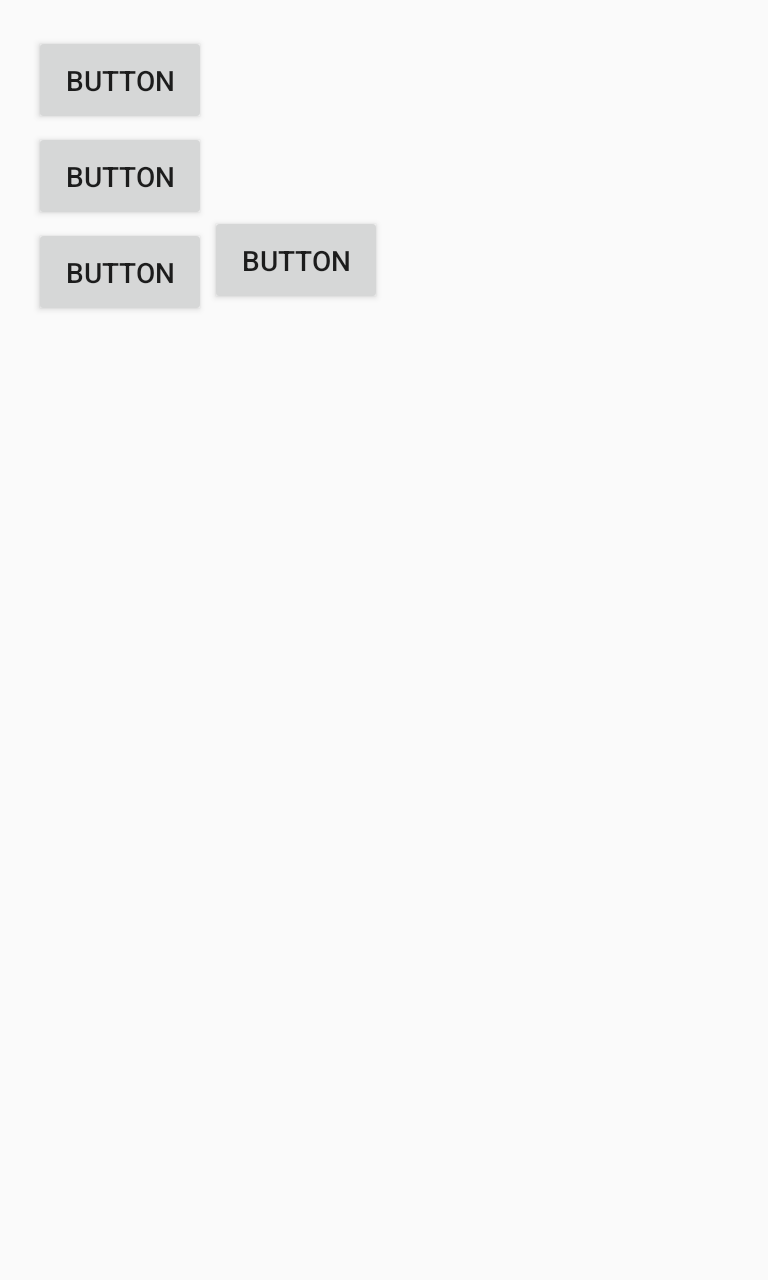
Repository: HarithaAmmuHari/Project
Layout: Relative/res/layout/activity_main.xml
An editor plug-in stored every save of this project. The layout is shown before and after the next save, followed by the edit.
It is drawn on a 768 x 1280 px phone screen (xhdpi) without system bars, with theme AppTheme; the app's code is not run.

Above is the layout before, as saved 2015-01-21 09:51:24.

After the next save:
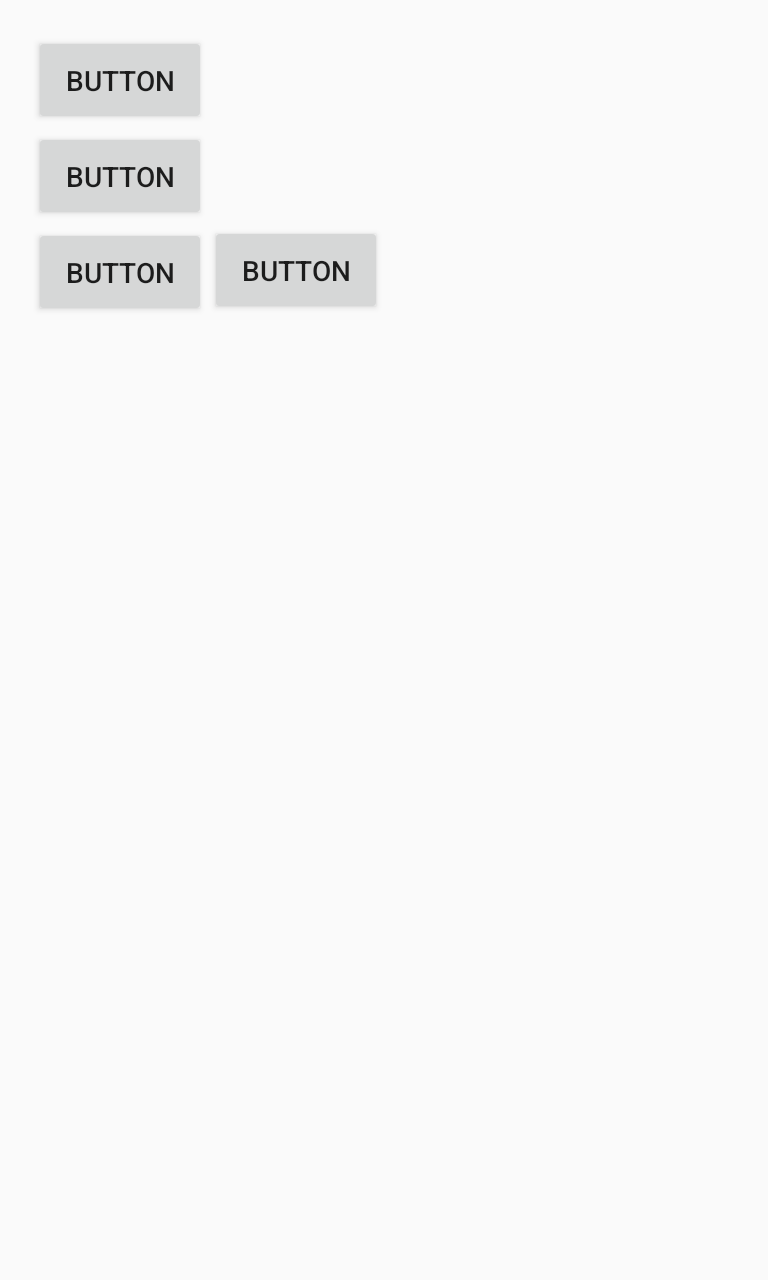
Saved 13 s later.
--- a/Relative/res/layout/activity_main.xml
+++ b/Relative/res/layout/activity_main.xml
@@ -34,7 +34,7 @@
         android:id="@+id/button4"
         android:layout_width="wrap_content"
         android:layout_height="wrap_content"
-        android:layout_marginTop="90dp"
+        android:layout_marginTop="95dp"
         android:layout_toRightOf="@+id/button3"
         android:text="Button" />
 
